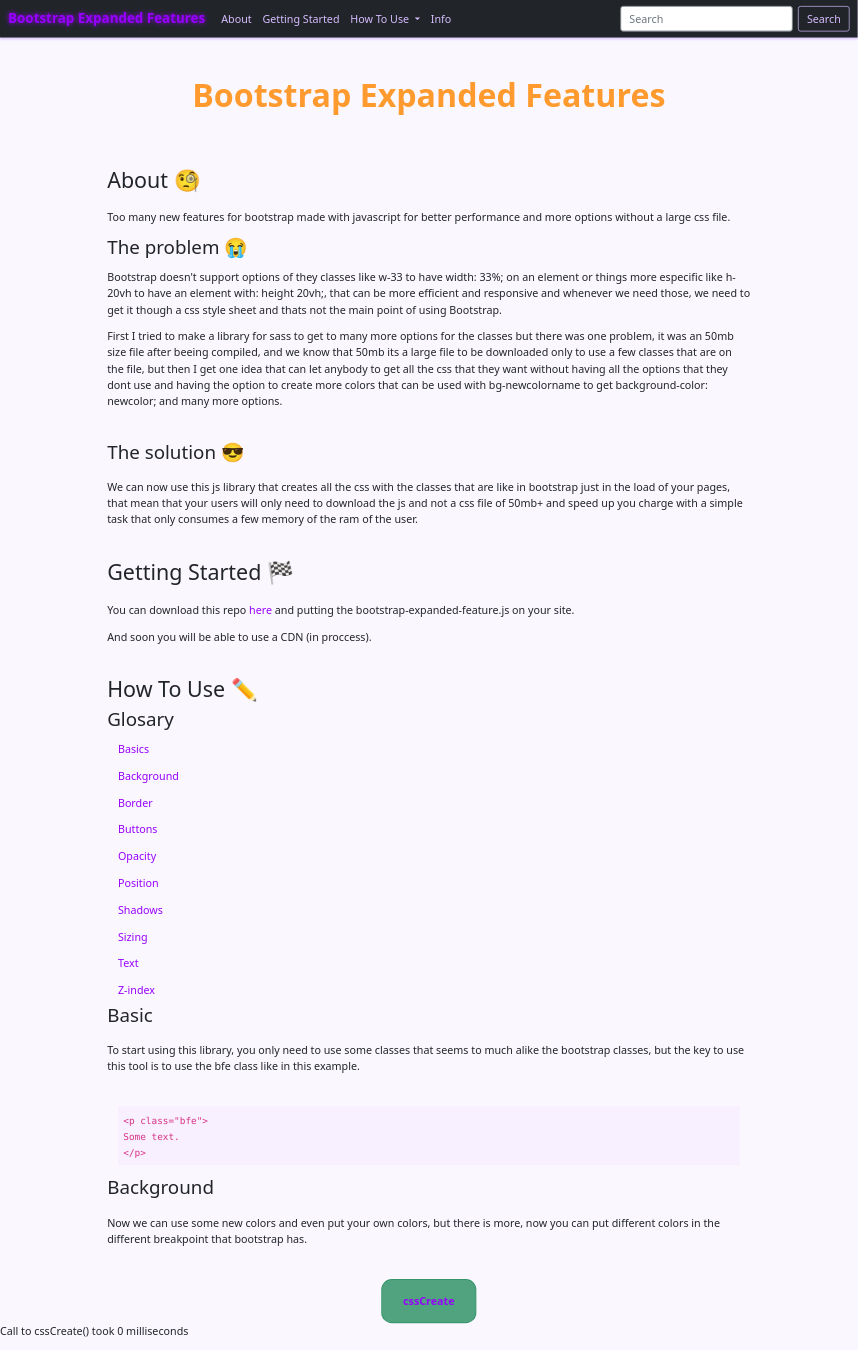
Repository: LynxPardelle/bootstrap-expanded-features
Page: index.html
The author's editor kept a copy of each file at every save. The page is drawn from the files as they stood at one save, then again after the next save.
The browser window is 1280 px wide. The pictures show the whole page, at 67% of full size.

Above is the page before, as saved 2022-01-02 05:29:39.

After the next save:
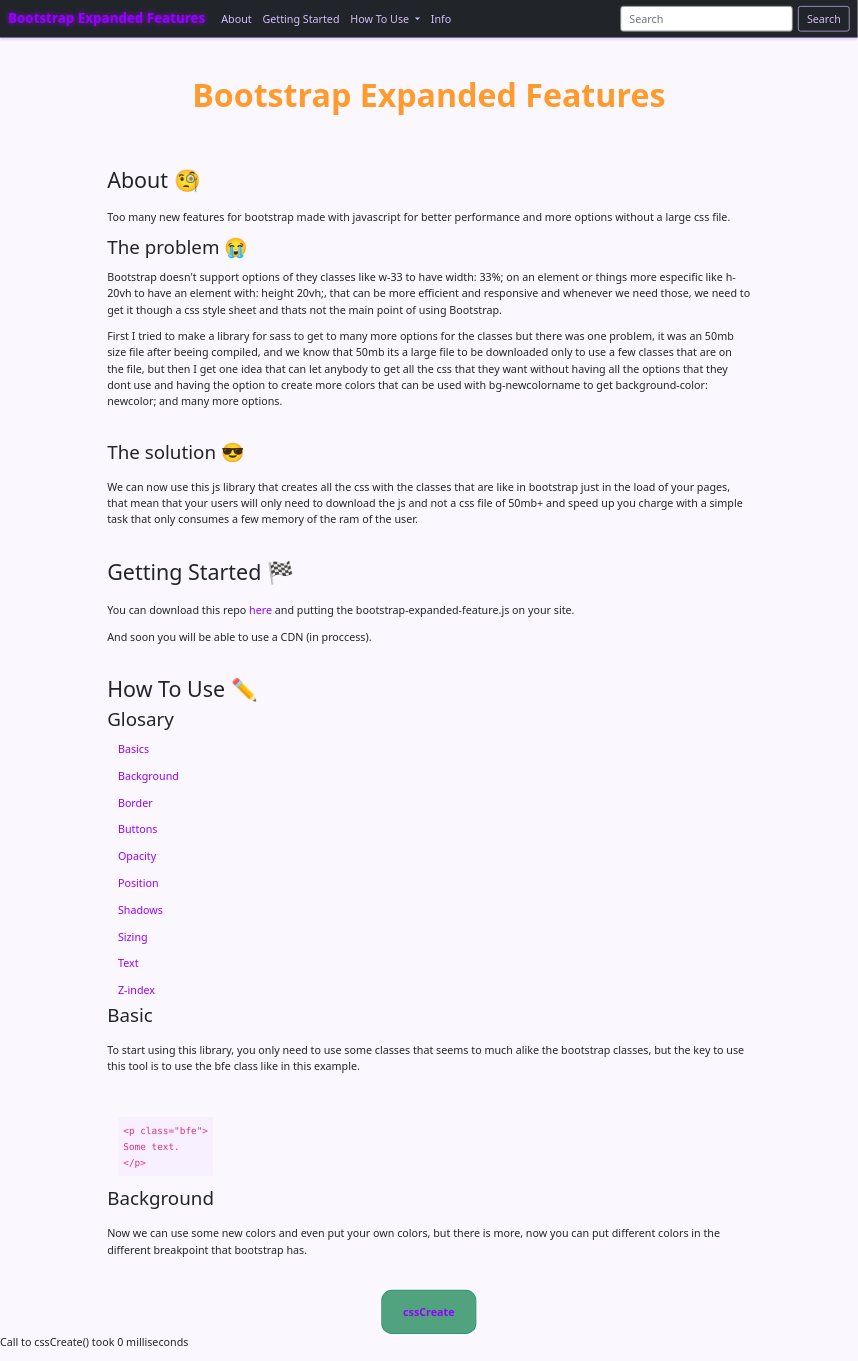
Saved 5 s later.
--- a/index.html
+++ b/index.html
@@ -243,7 +243,7 @@
               that seems to much alike the bootstrap classes, but the key to use
               this tool is to use the bfe class like in this example.
             </p>
-            <p class="d-inlineblock p-2 m-3 bef-bg-futurePop__OPA__0_03">
+            <p class="d-inline-block p-2 m-3 bef-bg-futurePop__OPA__0_03">
               <code>
                 &#60;p class="bfe"&#62;
                 <br />
